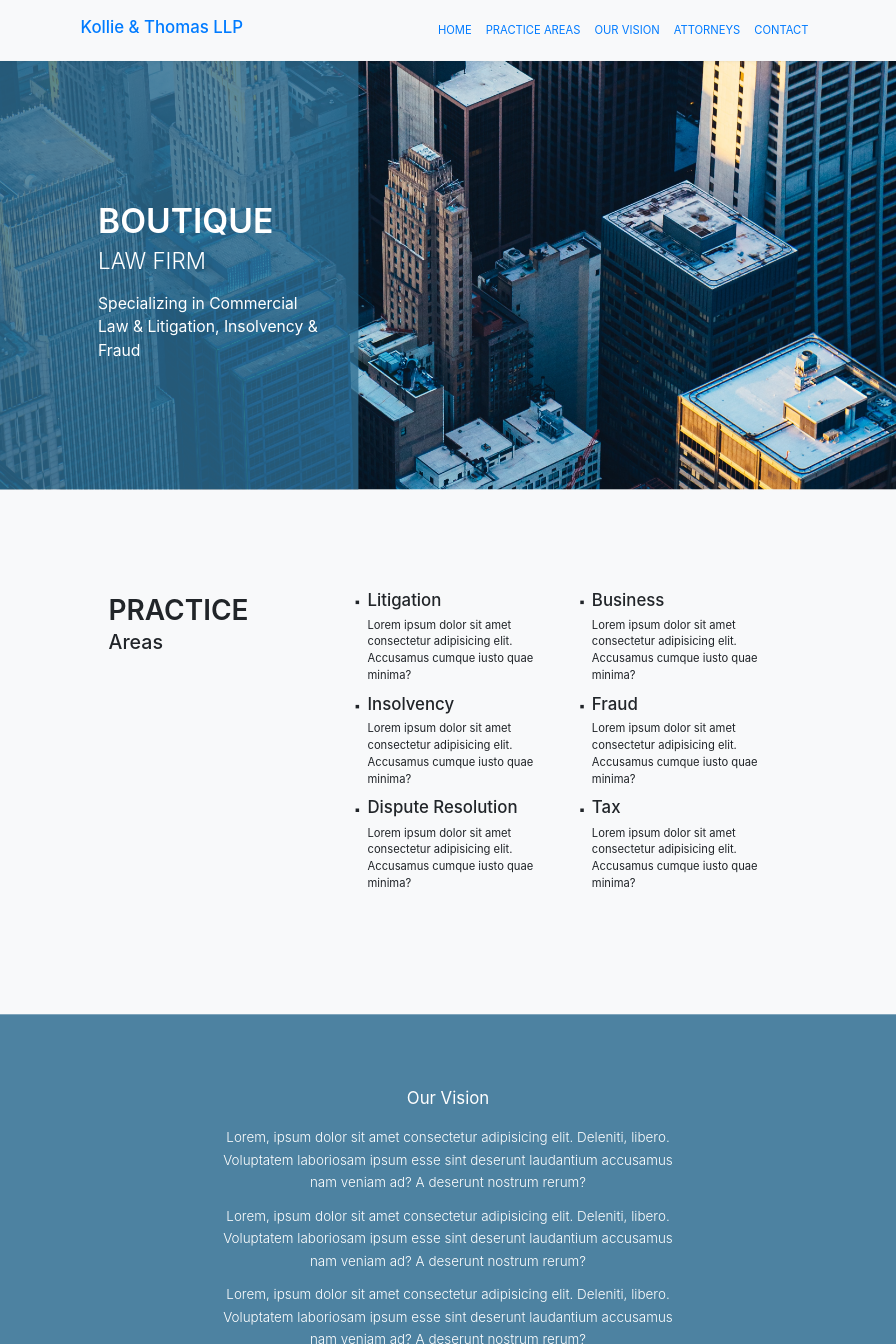
Repository: just-mann/kolllie-kolliellp
Page: index.html
These files come from the project's save history. The page is drawn as it stood at one moment and after the next save; the edit follows.
The browser window is 1280 px wide. The pictures show the part of the page from y = 0 to 1920 px (the page is 4529 px tall), at 70% of full size.
Backgrounds fixed to the window are drawn as part of the page.

Above is the page before, as saved 2021-06-02 05:49:27.

### index.html
<!DOCTYPE html>
<html lang="en">
<head>
    <meta charset="UTF-8">
    <meta name="viewport" content="width=device-width, initial-scale=1.0">
    <meta http-equiv="X-UA-Compatible" content="ie=edge">
    <meta name="Description" content="Enter your description here"/>
    <!-- Font Awesome Icons -->
    <link rel="stylesheet" href="https://cdnjs.cloudflare.com/ajax/libs/font-awesome/5.15.3/css/all.min.css" referrerpolicy="no-referrer" />
    <link rel="stylesheet" href="https://cdnjs.cloudflare.com/ajax/libs/twitter-bootstrap/4.6.0/css/bootstrap.min.css">
    <link rel="stylesheet" href="https://cdnjs.cloudflare.com/ajax/libs/font-awesome/5.15.2/css/all.min.css">
    <link rel="stylesheet" href="assets/css/utilities.css">
    <link rel="stylesheet" href="assets/css/style.css">
    <title>Kollie & Thomas LLP</title>
</head>
<body>
    <nav class="myNavbar px-2 bg-light shadow-sm">
        <div class="myContainer">
            <a href="#" class="myLogo"><h3>Kollie & Thomas LLP</h3></a>
            <div class="links">
                <a href="#">Home</a>
                <a href="#practiceArea">Practice Areas</a>
                <a href="#ourVision">Our Vision</a>
                <a href="#ourAttorneys">Attorneys</a>
                <a href="#contact">Contact</a>
            </div>
            <i class="fas fa-bars fa-1x toggleBar"></i>
        </div>
    </nav>
    <section class="heroSection">
        <div class="myContainer">
            <h3><span>Boutique</span>Law Firm</h3>
            <p>Specializing in Commercial Law & Litigation, Insolvency & Fraud</p>
        </div>
    </section>
    <section class="practiceArea py-5 px-4 bg-light" id="practiceArea">
        <div class="myContainer py-5">
            <div class="practiceArreaDiv p-4">
                <div class="left__side px-3 py-4">
                    <h3><span>Practice</span> Areas</h3>
                </div>
                <div class="right__side px-3 py-4">
                    <ul>
                        <div class="left px-3">
                            <li><h4>Litigation</h4></li>
                            <p>Lorem ipsum dolor sit amet consectetur adipisicing elit. Accusamus cumque iusto quae minima?</p>
                            <li><h4>Insolvency</h4></li>
                            <p>Lorem ipsum dolor sit amet consectetur adipisicing elit. Accusamus cumque iusto quae minima?</p>
                            <li><h4>Dispute Resolution</h4></li>
                            <p>Lorem ipsum dolor sit amet consectetur adipisicing elit. Accusamus cumque iusto quae minima?</p>
                        </div>
                        <div class="right px-3">
                            <li><h4>Business</h4></li>
                            <p>Lorem ipsum dolor sit amet consectetur adipisicing elit. Accusamus cumque iusto quae minima?</p>
                            <li><h4>Fraud</h4></li>
                            <p>Lorem ipsum dolor sit amet consectetur adipisicing elit. Accusamus cumque iusto quae minima?</p>
                            <li><h4>Tax</h4></li>
                            <p>Lorem ipsum dolor sit amet consectetur adipisicing elit. Accusamus cumque iusto quae minima?</p>
                        </div>
                    </ul>
                </div>
            </div>
        </div>
    </section>
    <section class="ourVision px-4 py-5" id="ourVision">
        <div class="myContainer">
            <div class="ourVisionDiv py-5">
                <h3>Our Vision</h3>
                <div>
                    <p>Lorem, ipsum dolor sit amet consectetur adipisicing elit. Deleniti, libero. Voluptatem laboriosam ipsum esse sint deserunt laudantium accusamus nam veniam ad? A deserunt nostrum rerum?</p>
                </div>
                <div>
                    <p>Lorem, ipsum dolor sit amet consectetur adipisicing elit. Deleniti, libero. Voluptatem laboriosam ipsum esse sint deserunt laudantium accusamus nam veniam ad? A deserunt nostrum rerum?</p>
                </div>
                <div>
                    <p>Lorem, ipsum dolor sit amet consectetur adipisicing elit. Deleniti, libero. Voluptatem laboriosam ipsum esse sint deserunt laudantium accusamus nam veniam ad? A deserunt nostrum rerum?</p>
                </div>
            </div>
        </div>
    </section>
    <div class="parallaxImg">
        <!-- <img src="./assets/images/heroImage.jpg" alt="parallaxImg"> -->
    </div>
    <section class="ourAttorneys py-5 bg-light" id="ourAttorneys">
        <div class="myContainer py-5">
            <h3 class="text-center mb-5">Our Attorneys</h3>
            <div class="attorneysDiv">
                <div class="attCard">
                    <img src="./assets/images/attrny1.jpg" alt="att1">
                    <div class="firstDiv">
                        <h4>Justin Kollie</h4>
                        <p>Partner</p>
                    </div>
                    <div class="secondDiv">
                        <p>Tel: XXX-XXX-XXXX</p>
                        <p>info@mysite.com</p>
                    </div>
                </div>
                <div class="attCard">
                    <img src="./assets/images/attrny3.jpg" alt="att2">
                    <div class="firstDiv">
                        <h4>Attrn. Name</h4>
                        <p>Position</p>
                    </div>
                    <div class="secondDiv">
                        <p>Tel: XXX-XXX-XXXX</p>
                        <p>info@mysite.com</p>
                    </div>
                </div>
                <div class="attCard">
                    <img src="./assets/images/attrny2.jpg" alt="att1">
                    <div class="firstDiv">
                        <h4>Mandela P. Thomas</h4>
                        <p>Partner</p>
                    </div>
                    <div class="secondDiv">
                        <p>Tel: XXX-XXX-XXXX</p>
                        <p>info@mysite.com</p>
                    </div>
                </div>
            </div>
        </div>
    </section>
    <section class="contact py-5" id="contact">
        <div class="myContainer">
            <div class="contactDiv">
                <div class="left__side">
                    <h3>Contact Us</h3>
                </div>
                <div class="right__side">
                    <h4 class=><span>Our</span> Address</h4>
                    <div class="addressDiv">
                        <p>500 Terry Francois St. San Francisco, CA 94158</p>
                        <p>Email: info@mysite.com</p>
                        <p>Tel:  123-456-7890</p>
                    </div>
                    <div class="clickToFind my-4 py-4">
                        <a href="#">Click Here to Find Us</a>
                    </div>
                    <form action="">
                        <div class="left__side">
                            <div>
                                <label for="firstName">First Name *</label>
                                <input type="text" name="firstName" required>
                            </div>
                            <div>
                                <label for="lastName">Last Name *</label>
                                <input type="text" name="lastName" required>
                            </div>
                            <div>
                                <label for="email">Email *</label>
                                <input type="email" name="name" required>
                            </div>
                            <div>
                                <label for="subject">Subject *</label>
                                <input type="text" name="subject" required>
                            </div>
                        </div>
                        <!-- <div class="right__side"> -->
                            <label for="message" class="messageLabel">Message *</label>
                            <textarea name="message" id="message" cols="30" rows="10" required></textarea>
                        <!-- </div> -->
                        <div class="my-4">
                            <input type="submit" value="Send">
                        </div>
                    </form>
                </div>
            </div>
        </div>
    </section>
    <section class="backUpTop bg-dark text-center p-4">
        <div class="myContainer">
            <i class="fas fa-angle-double-up fa-2x text-light"></i>
        </div>
    </section>
    <footer class="footer">
        <div class="myContainer">
            <p>© 2021 Kollie & Thomas LLP. Proudly created by Justin Kollie</p>
        </div>
    </footer>
    <!-- Optional Scripts -->
    <script src="assets/scripts/myScript.js"></script>
    <script src="https://cdnjs.cloudflare.com/ajax/libs/jquery/3.5.1/jquery.slim.min.js"></script>
    <script src="https://cdnjs.cloudflare.com/ajax/libs/popper.js/1.16.1/umd/popper.min.js"></script>
    <script src="https://cdnjs.cloudflare.com/ajax/libs/twitter-bootstrap/4.6.0/js/bootstrap.min.js"></script>
</body>
</html>

### assets/css/utilities.css
:root {
    --primaryColor: #274f9bf3;
}

a {
    text-decoration: none;
}

a:hover {
    text-decoration: none;
}

ul li {
    list-style-type: square;
}

.myContainer {
    max-width: 1100px;
    margin: 0 auto;
    padding: 10px 25px;
}

### assets/css/style.css
* {
    padding: 0;
    margin: 0;
    box-sizing: border-box;
}

html {
    scroll-behavior: smooth;
}



/* Navbar */
.myNavbar {
    padding: 15px 0px;
    background-color: #ece6e6;
    position: sticky;
    top: 0;
    left: 0;
    width: 100%;
    z-index: 100;
}

.myNavbar .myContainer {
    display: flex;
    justify-content: space-between;
    align-items: center;
}

.myNavbar .myContainer .myLogo h3 {
    font-size: 1.5em;
}

.myNavbar .myContainer .links {
    display: flex;
    justify-content: center;
    align-items: center;
}

.toggleBar {
    font-size: 1.6em;
    display: none;
    transition: cursor 0.6s;
}

.toggleBar:hover {
    cursor: pointer;
}

.ourVision {
    background-color: #2f6d91da;
    color: white;
    text-align: center;
    /* padding: 30px 10px; */
}

.ourVisionDiv h3 {
    font-weight: 400;
    font-size: 2.6rem;
    text-align: center;
    margin-bottom: 25px;
    /* margin: 40px auto; */
}

.ourVisionDiv p {
    font-weight:300;
    font-size: 1.2rem;
    line-height: 2rem;
    text-align: center;
}

.parallaxImg {
    background-image: url('../images/parallaxImg.jpg');
    min-height: 500px;
    background-attachment: fixed;
    background-position: center;
    background-origin: center;
    background-repeat: no-repeat;
    background-size: cover;
}

.parallaxImg img {
    width: 100%;
}

.contact {
    position: relative;
    background: url('../images/contactBgImage.jpg') no-repeat center center / cover;
}

.contact::before {
    content: "";
    position: absolute;
    top: 0;
    left: 0;
    background: #2f6d91da;
    width: 100%;
    height: 100%;
}

.contact .myContainer * {
    display: flex;
    flex-direction: column;
    justify-content: center;
    align-items: flex-start;
    width: 100%;
    z-index: 50;
}

.contactDiv .left__side h3 {
    font-weight: 500;
    color: white;
}

.contactDiv .right__side h4 {
    font-weight: 300;
    color: white;
}

.contactDiv .right__side h4 span {
    font-weight: 600;
}

.contactDiv .right__side .addressDiv p {
    font-size: 1rem;
    font-weight: 400;
    margin: 5px 0px;
    color: white;
}

.contactDiv .right__side .clickToFind a {
    text-decoration: underline;
    font-size: 1.4rem;
    color: white;
}

form label {
    color: white;
    font-size: 1.3rem;
}

.backUpTop .myContainer i {
    font-weight: 600;
}

.backUpTop .myContainer i:hover {
    cursor: pointer;
}

input[type="submit"] {
    width: 100%;
    background-color: transparent;
    border: 2px solid white;
    border-radius: 5px;
    font-weight: 500;
    letter-spacing: 1px;
    display: flex;
    padding: 10px;
    color: white;
    justify-content: center;
    text-align: center;
}

form div input, textarea {
    border: 3px solid #223755;
    border-radius: 3px;
    padding: 5px 10px;
}

/* Non mobile */
.myNavbar .myContainer .links a {
    padding: 0px 10px;
    font-size: 16px;
    font-weight: 400;
    text-transform: uppercase;
}

/* Desktop Scree Size Starts */
@media screen and (min-width: 900px) {
    .heroSection {
        position: relative;
        background-image: url('../images/heroImage.jpg');
        min-height: 500px;
        background-attachment: fixed;
        background-position: center;
        background-origin: center;
        background-repeat: no-repeat;
        background-size: cover;
        height: 85vh;
        display: flex;
        justify-content: start;
        align-items: left;
        /* background-color: #ffffff;
        background: url('../images/heroImage.jpg') no-repeat center center / cover; */
    }

    .heroSection .myContainer {
        display: flex;
        flex-direction: column;
        width: 100%;
        align-items: start;
        z-index: 50;
        padding: 10px 50px;
        background-attachment: fixed;
    }

    .heroSection::before {
        position: absolute;
        content: "";
        top: 0;
        left: 0;
        background: rgba(47, 109, 145, 0.78);
        width: 40%;
        height: 100%;
        z-index: 0;
    }

    .heroSection .myContainer h3 span {
        color: white;
        font-size: 3rem;
        font-weight: 600;
        margin: 10px 0px;
        text-transform: uppercase;
        display: block;
    }

    .heroSection .myContainer h3 {
        color: white;
        font-size: 2rem;
        font-weight: 300;
        margin-top: 180px;
        text-transform: uppercase;
    }

    .heroSection .myContainer p {
        color: white;
        max-width: 320px;
        margin: 15px 0px;
        font-size: 1.4rem;
    }

    .practiceArea .myContainer .practiceArreaDiv {
        display: grid;
        grid-template-columns: 1fr 2fr;
        gap: 30px;
    }

    .practiceArreaDiv .left__side h3 span {
        font-size: 2.5rem;
        text-transform: uppercase;
        display: block;
        font-weight: 600;
        margin: 5px 0px;
    }
    .practiceArreaDiv .left__side h3 span {
        font-size: 2.5rem;
        text-transform: uppercase;
        display: block;
        font-weight: 600;
        margin: 5px 0px;
    }

    .practiceArreaDiv .right__side ul {
        display: grid;
        grid-template-columns: 1fr 1fr;
        gap: 25px;
    }

    .ourVision .myContainer .ourVisionDiv h3 {
        text-align: center;
        font-size: 1.5em;
    }

    .ourVision .myContainer .ourVisionDiv div {
        max-width: 650px;
        margin: 0 auto;
        text-align: center;
    }

    .ourAttorneys .myContainer .attorneysDiv {
        width: 100%;
        margin: 0 auto;
        display: flex;
        justify-content: space-evenly;

        /* grid-template-columns: repeat(3, 1fr); */
    }

    .ourAttorneys .myContainer .attorneysDiv .attCard {
        width: 250px;
        margin: 10px 0px;
    }

    .ourAttorneys .myContainer .attorneysDiv .attCard img {
        width: 100%;
    }

    .attCard .firstDiv {
        padding: 10px 0px 0px 0px;
        text-align: center;
        border-bottom: 2px solid #6991ac9d;
    }

    .secondDiv {
        text-align: center;
        padding: 5px 0px;
    }

    .ourAttorneys .myContainer h3 {
        text-align: center;
        font-size: 2.5rem;
        font-weight: 350;
        margin-bottom: 25px;
        text-transform: uppercase;
    }

}


/* Desktop Screen Size Ends */


/* Responsive */
@media screen and (max-width: 900px) {
    .myNavbar .myContainer .links {
        display: none;
    }

    .toggleBar {
        display: block;
    }

    .heroSection {
        position: relative;
        height: 75vh;
        display: flex;
        justify-content: center;
        align-items: center;
        background-color: #ffffff;
        background: url('../images/heroImage.jpg') no-repeat center center / cover;
    }

    .heroSection .myContainer {
        display: flex;
        flex-direction: column;
        justify-content: center;
        align-items: start;
        z-index: 50;
    }

    .heroSection::before {
        position: absolute;
        content: "";
        top: 50;
        /* bottom: 40; */
        right: 0;
        background: rgba(47, 109, 145, 0.78);
        width: 95%;
        height: 70%;
        z-index: 0;
    }

    .heroSection .myContainer h3 span {
        color: white;
        font-size: 3rem;
        font-weight: 600;
        margin: 10px 0px;
        text-transform: uppercase;
        display: block;
    }

    .heroSection .myContainer h3 {
        color: white;
        font-size: 2rem;
        font-weight: 300;
        text-transform: uppercase;
    }

    .heroSection .myContainer p {
        color: white;
        max-width: 320px;
        margin: 15px 0px;
        font-size: 1.4rem;
    }

    .practiceArreaDiv .left__side h3 span {
        font-size: 2.5rem;
        text-transform: uppercase;
        display: block;
        font-weight: 600;
        margin: 5px 0px;
    }

    .left__side h3 {
        font-size: 2.4rem;
        text-transform: uppercase;
        font-weight: 300;
    }

    .right__side {
        padding: 30px 10px;
        /* background-color: white; */
    }

    .parallaxImg {
        background-image: url('../images/parallaxImg.jpg');
        min-height: 500px;
        background-attachment: scroll;
        background-position: center;
        background-repeat: no-repeat;
        background-size: cover;
    }

    .attorneysDiv {
        grid-template-columns: 1fr;
        width: 100%;
        margin: 0 auto;
    }

    .ourAttorneys .myContainer h3 {
        text-align: center;
        font-size: 2.8em;
        font-weight: 350;
        margin-bottom: 25px;
    }

    .attCard {
        width: 100%;
        padding: 0px 20px;
        margin: 0px auto 35px auto;
        /* text-align: center; */
    }

    .attCard img {
        min-height: 200px;
        width: 100%;
    }

    .attCard .firstDiv {
        padding: 10px 0px 0px 0px;
        text-align: center;
        border-bottom: 2px solid #6991ac9d;
    }

    .secondDiv {
        text-align: center;
        padding: 5px 0px;
    }

    form {
        /* background: pink; */
        max-width: 100%;
    }

    form div {
        margin: 7px 0px;
        /* padding: 0px 5px; */
        max-width: 100%;
    }

    form label {
        display: block;
        color: white;
    }

    form input {
        width: 100%;
    }

    form input {
        padding: 5px 10px;
    }

    form .right__side textarea {
        width: 100%;
        padding: 5px 10px;
    }




}

### assets/scripts/myScript.js
console.log('It works');

After the next save:
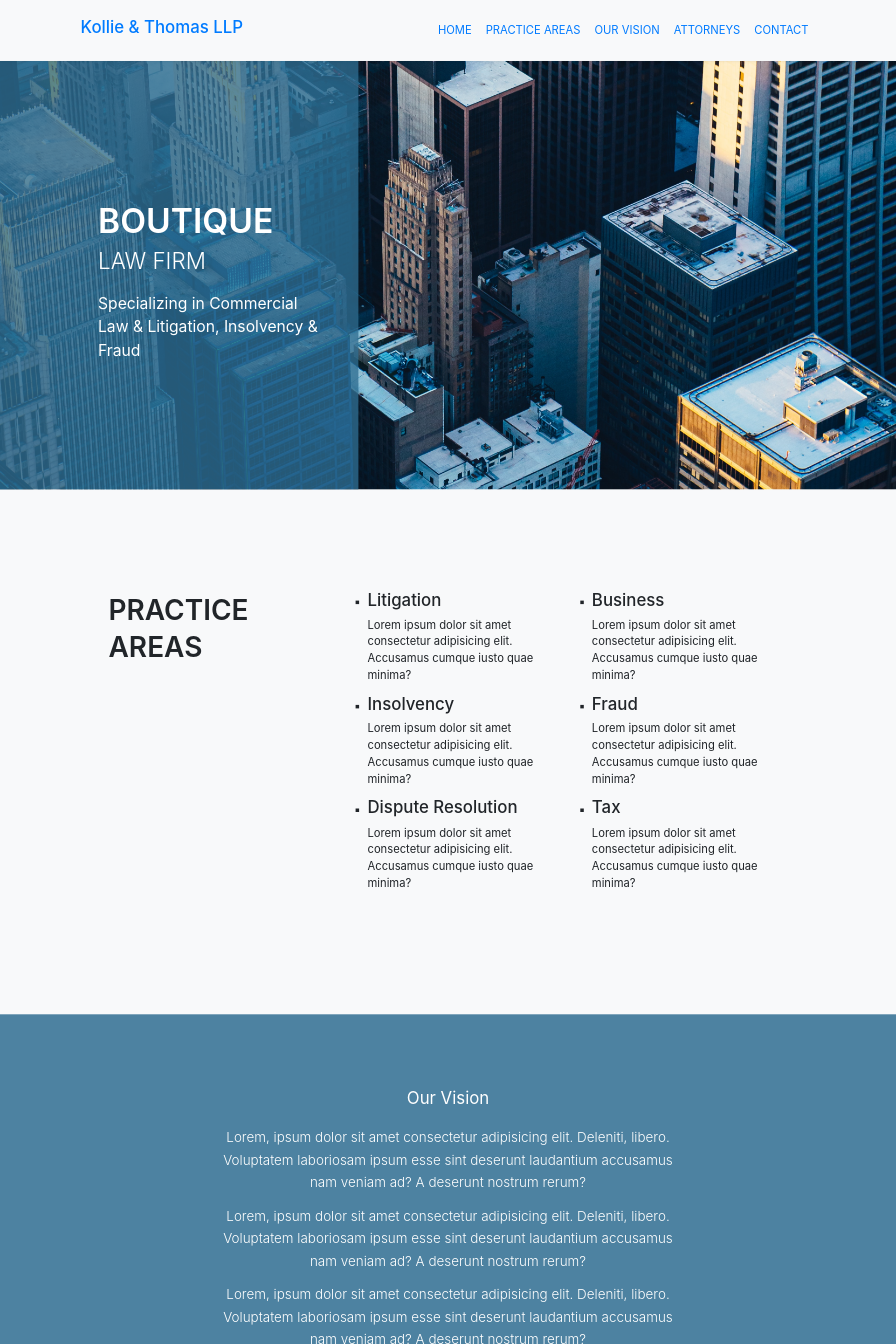
Saved 4 s later.
--- a/assets/css/style.css
+++ b/assets/css/style.css
@@ -245,7 +245,7 @@ form div input, textarea {
         gap: 30px;
     }
 
-    .practiceArreaDiv .left__side h3 span {
+    .practiceArreaDiv .left__side h3  {
         font-size: 2.5rem;
         text-transform: uppercase;
         display: block;
